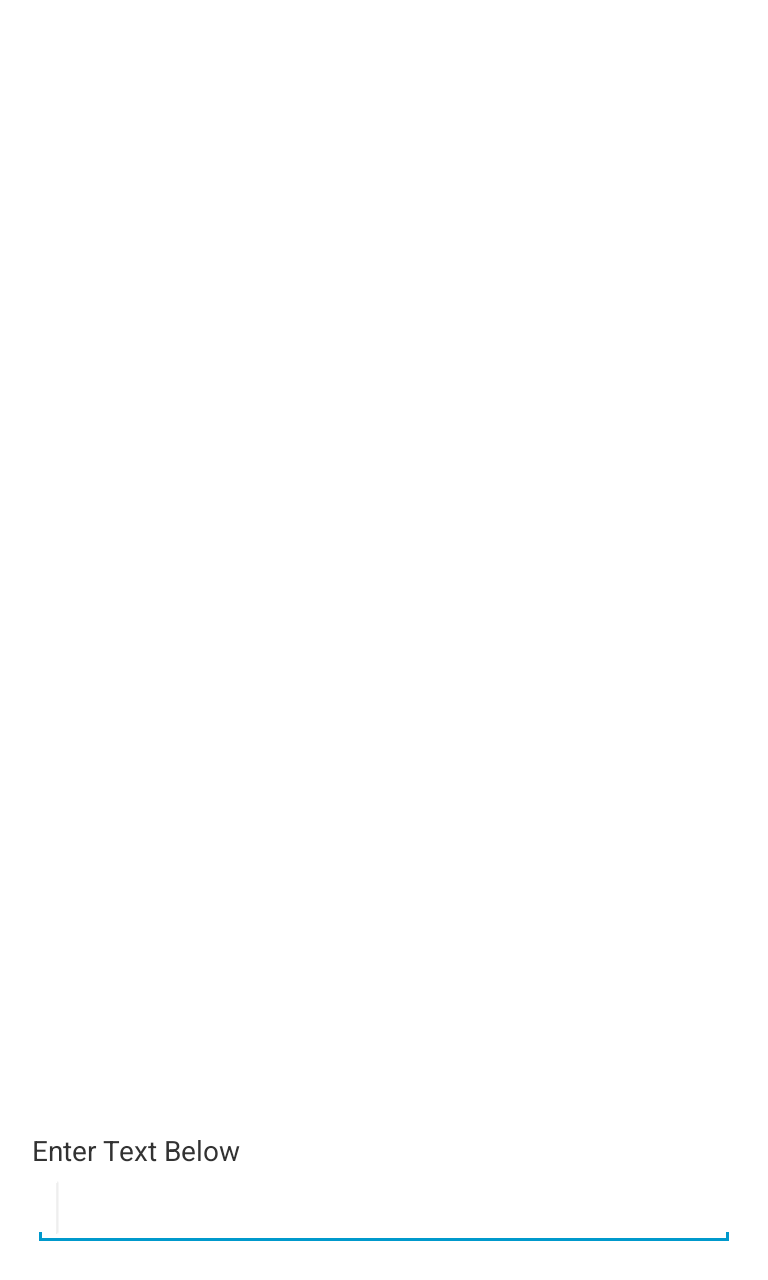
Repository: HerringtonDarkholme/android-example
Layout: hello/res/layout/fragment_main.xml
The author's editor kept a copy of each file at every save. The layout is drawn from the files as they stood at one save, then again after the next save.
It is drawn on a 768 x 1280 px phone screen (xhdpi) without system bars, with theme AppTheme; the app's code is not run. Lists and similar views that code fills are empty.

Above is the layout before, as saved 2014-10-03 17:38:29.

After the next save:
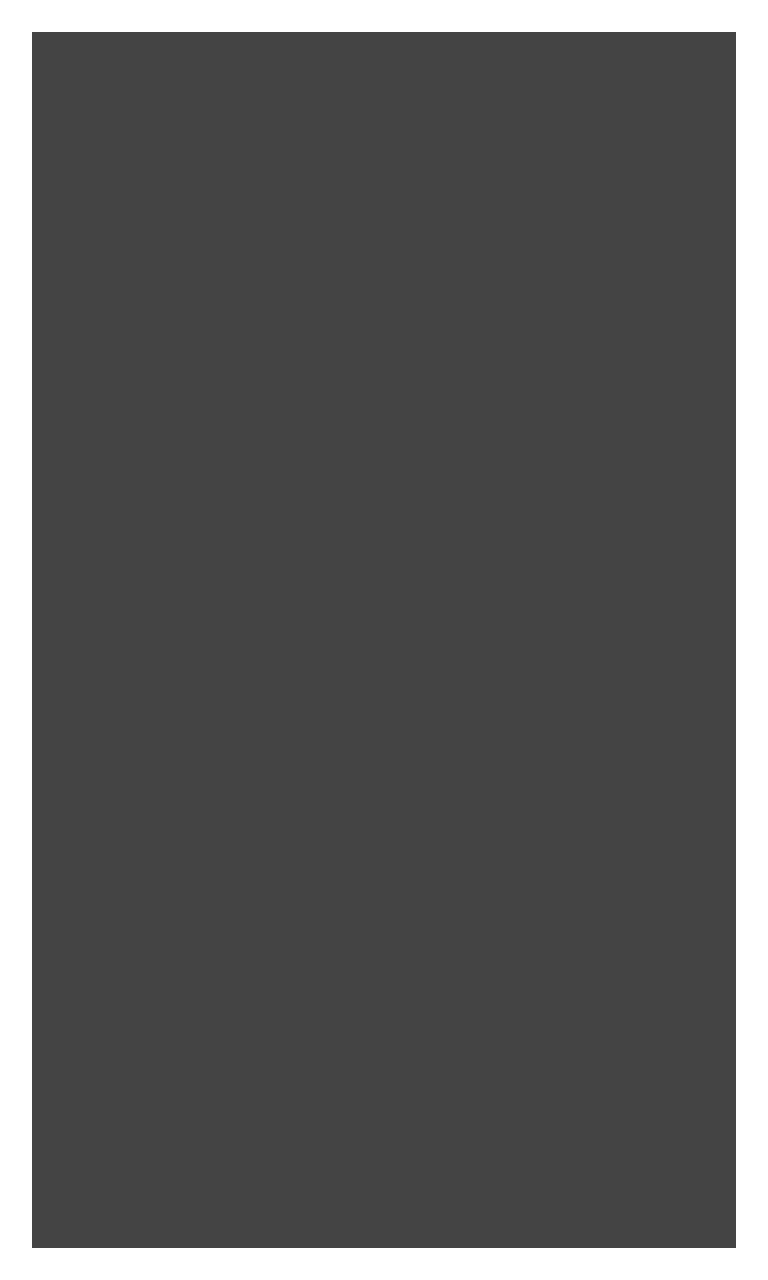
Saved 4 min 10 s later.
--- a/hello/res/layout/fragment_main.xml
+++ b/hello/res/layout/fragment_main.xml
@@ -1,4 +1,4 @@
-<RelativeLayout xmlns:android="http://schemas.android.com/apk/res/android"
+<GridLayout xmlns:android="http://schemas.android.com/apk/res/android"
     xmlns:tools="http://schemas.android.com/tools"
     android:layout_width="match_parent"
     android:layout_height="match_parent"
@@ -8,28 +8,18 @@
     android:paddingTop="@dimen/activity_vertical_margin"
     tools:context="com.example.hello.MainActivity$PlaceholderFragment" >
 
-    <LinearLayout
-        android:layout_width="match_parent"
-        android:layout_height="wrap_content"
-        android:layout_centerHorizontal="true"
-        android:layout_alignParentBottom="true"
-        android:orientation="vertical" >
-
-        <TextView
-            android:id="@+id/textView1"
-            android:layout_width="127dp"
-            android:layout_height="wrap_content"
-            android:text="Enter Text Below" />
-
-        <EditText
-            android:id="@+id/editText1"
-            android:layout_width="match_parent"
-            android:layout_height="wrap_content"
-            android:ems="10" >
-
-            <requestFocus />
-        </EditText>
-
-    </LinearLayout>
-
-</RelativeLayout>
+  <ListView
+      android:background="#ff444444"
+      android:layout_gravity="fill">
+  </ListView>
+  <LinearLayout
+    android:layout_gravity="fill_horizontal"
+    android:orientation="horizontal"
+    android:padding="5dp">
+    <Button
+      android:text="cancel"
+      android:layout_width="fill_parent"
+      android:layout_height="wrap_content"
+      android:layout_weight="1"/>
+  </LinearLayout>
+</GridLayout>
